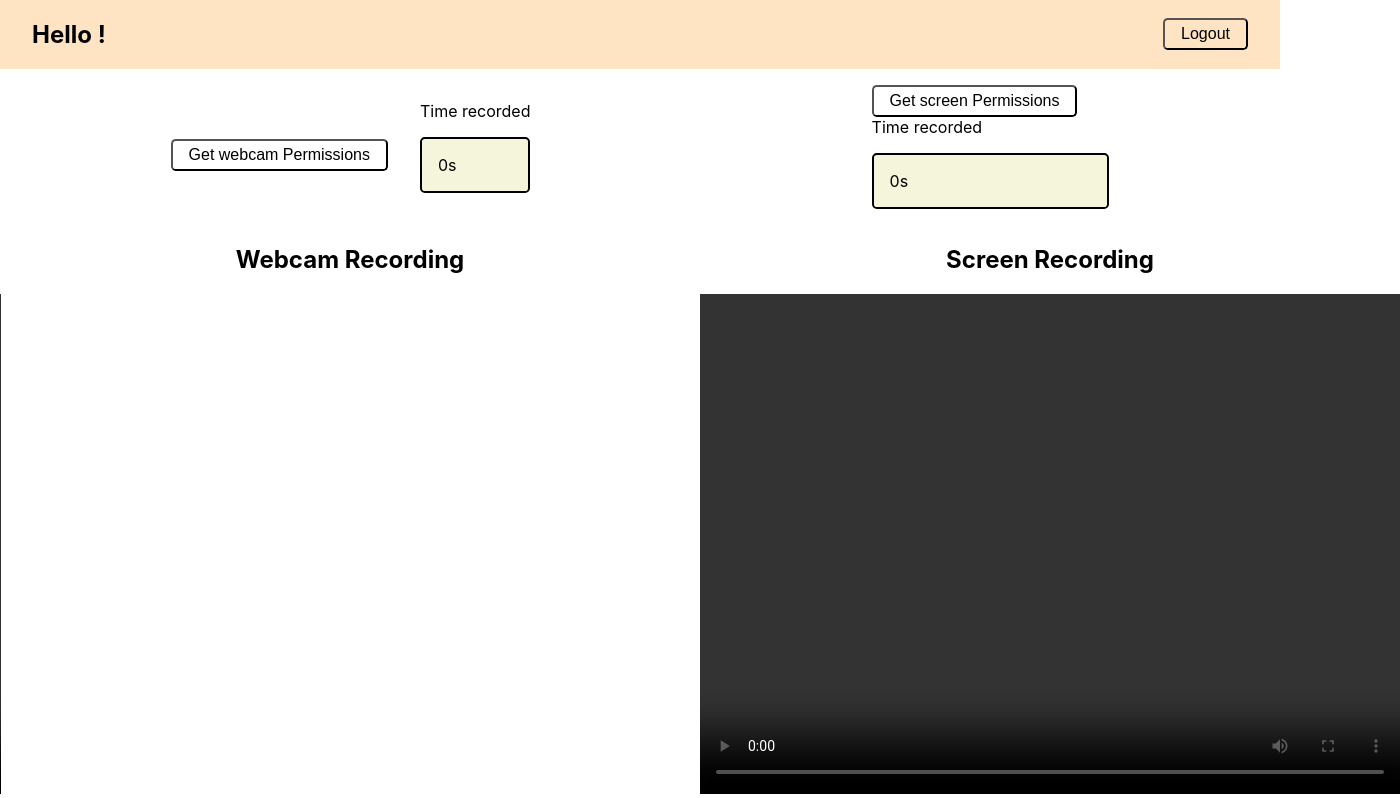
Repository: drumsmanku/test-1
Page: /recording (app in client/)
The author's editor kept a copy of each file at every save. The page is drawn from the files as they stood at one save, then again after the next save.
The browser window is 1280 px wide. The page is 1400 px wide, so the pictures cover 1400 px, including what lies to the right of the window. The pictures show the whole page.
The project was rebuilt for these pictures with package versions that can differ from the ones it lists, and the page was loaded fresh each time. Also part of the build but not shown: client/src/App.css, client/src/Components/Login/Login.module.css, client/src/Components/Login/Login.js, client/src/Components/Register/Register.module.css, client/src/Components/Register/Register.js.

Above is the page before, as saved 2023-09-01 15:23:17.

After the next save:
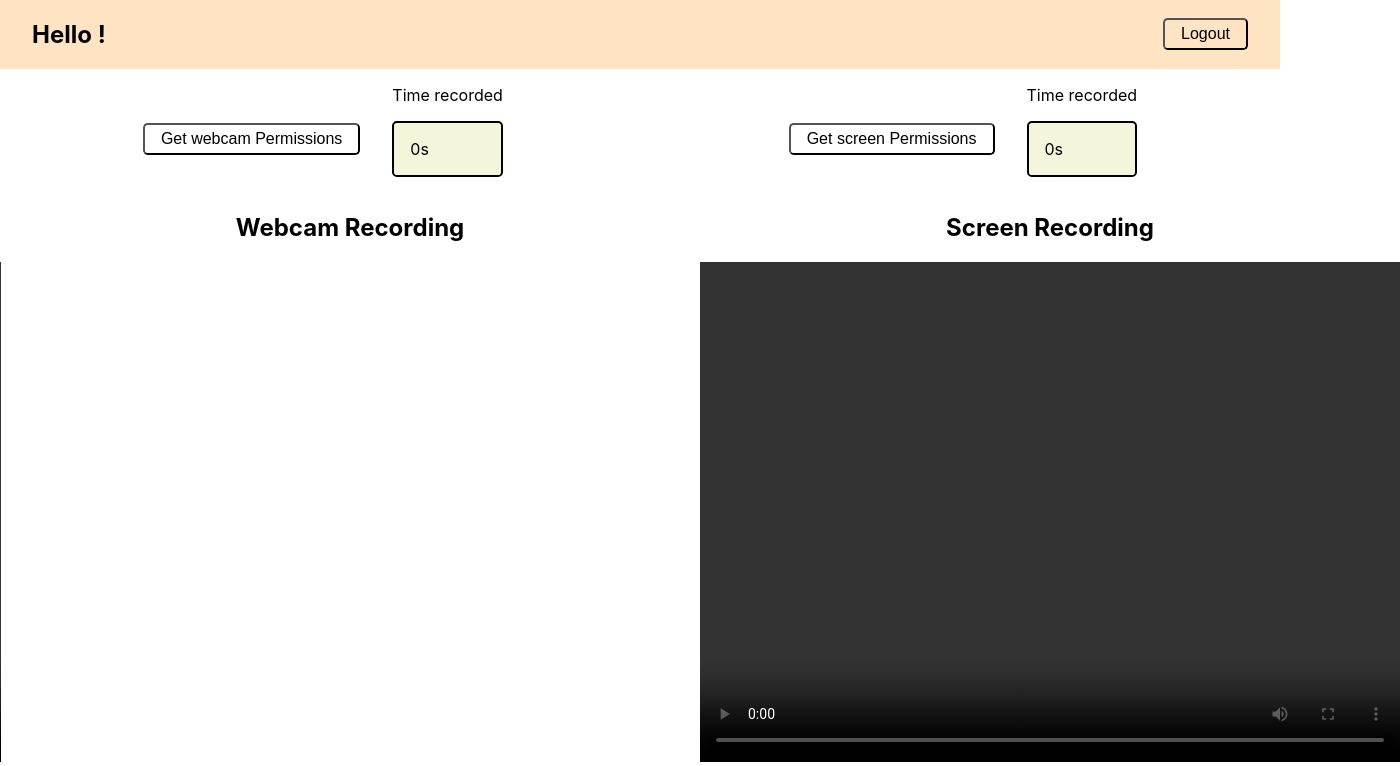
Saved 23 s later.
--- a/client/src/Components/Recording/Recording.module.css
+++ b/client/src/Components/Recording/Recording.module.css
@@ -34,3 +34,7 @@
   display: flex;
   align-items: center;
 }
+.screenButtons{
+  display: flex;
+  align-items: center;
+}
